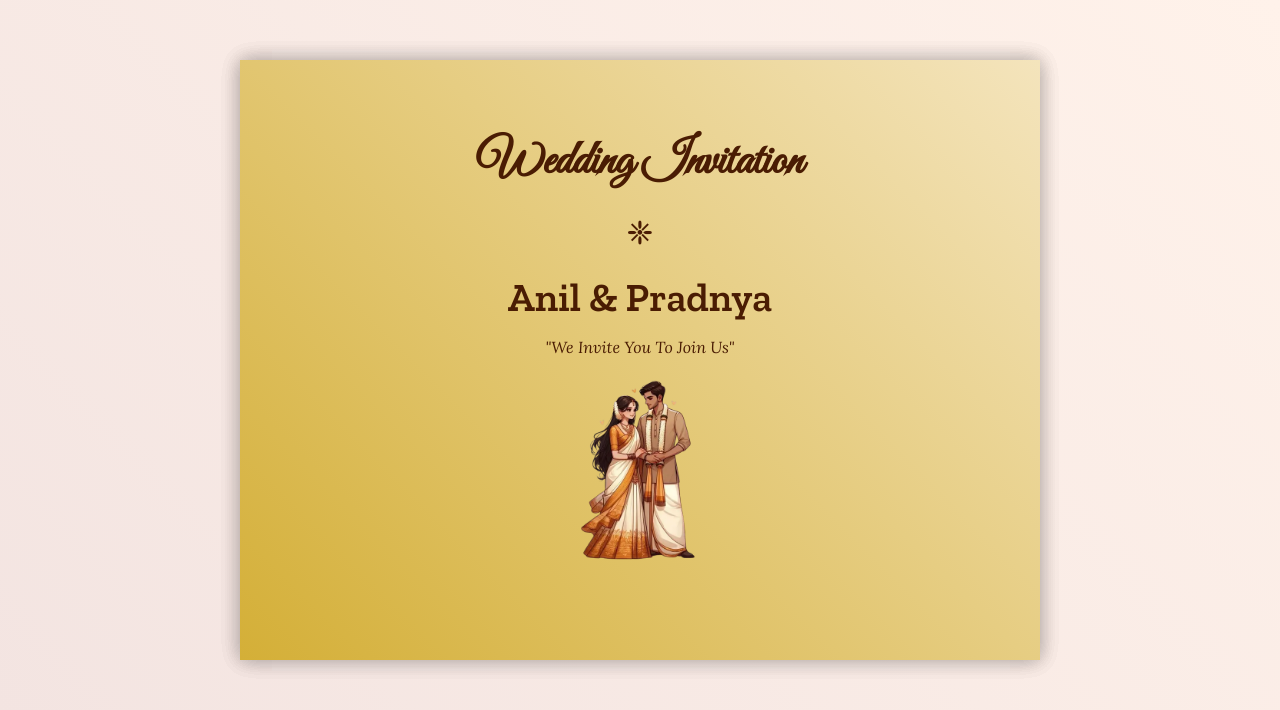
Repository: abhibkop27/finalwedding
Page: index.html
An editor plug-in stored every save of this project. The page is shown before and after the next save, followed by the edit.
The browser window is 1280 px wide. The pictures show the whole page.

Above is the page before, as saved 2025-02-17 15:47:14.

After the next save:
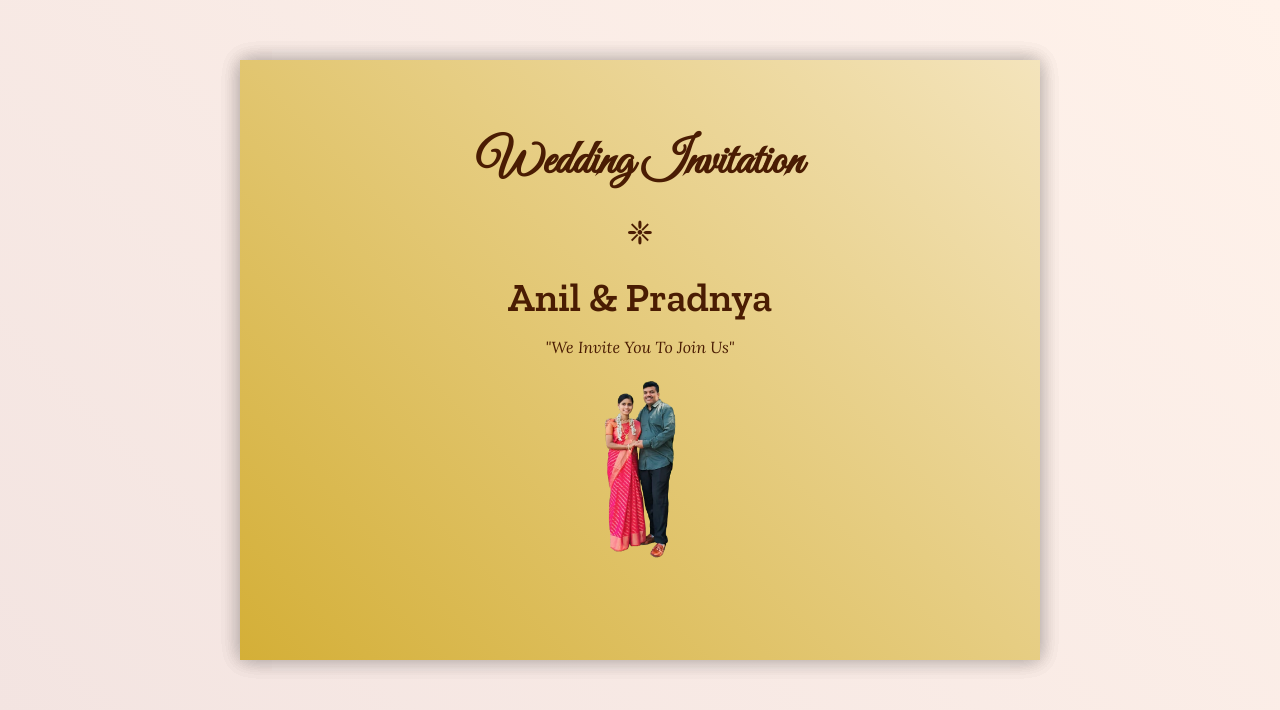
Saved 2 h 29 min later.
--- a/index.html
+++ b/index.html
@@ -16,7 +16,7 @@
                 <div class="ornament">❈</div>
                 <h2 class="main-name">Anil & Pradnya</h2>
                 <p>"We Invite You To Join Us"</p>
-                <img src="./asstes/pics/Wedding_Couple_Photos_Cartoon-removebg-preview.webp" alt="wedding" style="height: 12rem;">
+                <img src="./asstes/pics/Adobe Express - file.png" alt="wedding" style="height: 12rem;">
             </div>
         </div>
 
